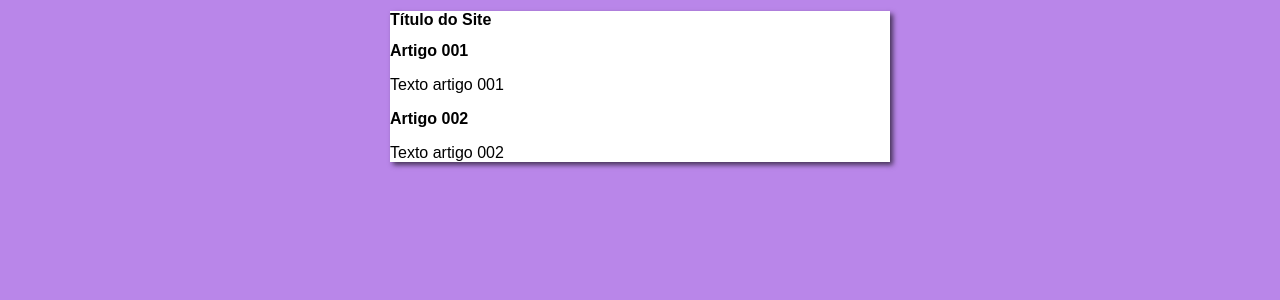
Repository: hbrunobrito/projeto-site
Page: index.html
An editor plug-in stored every save of this project. The page is shown before and after a run of saves, followed by the edit.
The browser window is 1280 px wide. The pictures show the whole page.

Above is the page before, as saved 2024-03-29 09:10:10.

### index.html
<!DOCTYPE html>
<html lang="pt-br">
<head>
    <meta charset="UTF-8">
    <meta name="viewport" content="width=device-width, initial-scale=1.0">
    <title>Título do Site</title>
    <link rel="stylesheet" href="estilos/style.css">
</head>
<body>
    <main>
        <header>
            <h1>Título do Site</h1>
        </header>
        <article>
            <h2>Artigo 001</h2>
            <p>Texto artigo 001</p>
        </article>
        <article>
            <h2>Artigo 002</h2>
            <p>Texto artigo 002</p>
        </article>
    </main>
</body>
</html>

### estilos/style.css
* {
    font-family: Arial, Helvetica, sans-serif;
    font-size: 16px;
}

body {
    background-color: rgb(185, 134, 233);

}

main {
    background-color: white;
    width: 500px;
    margin: auto;
    box-shadow: 3px 3px 5px rgba(0, 0, 0, 0.623);
}

After the next 3 saves:
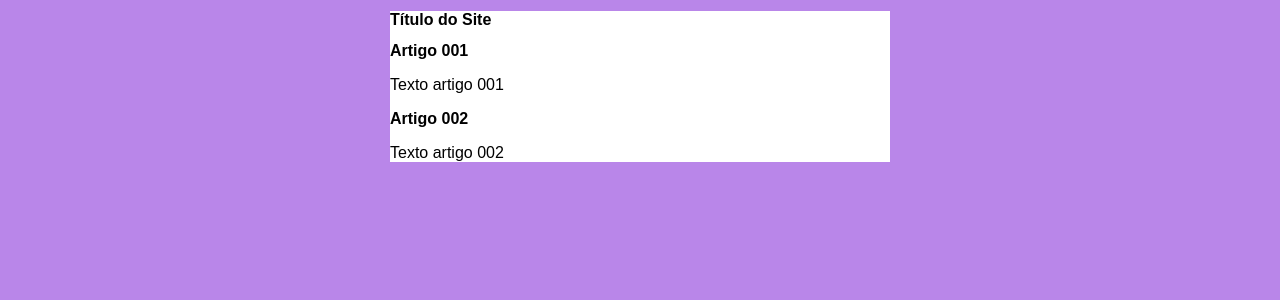
The 3 saves are shown as one change because they came seconds apart.
The last was saved 20 s later.
--- a/estilos/style.css
+++ b/estilos/style.css
@@ -12,5 +12,6 @@ main {
     background-color: white;
     width: 500px;
     margin: auto;
+    padin
     box-shadow: 3px 3px 5px rgba(0, 0, 0, 0.623);
 }
